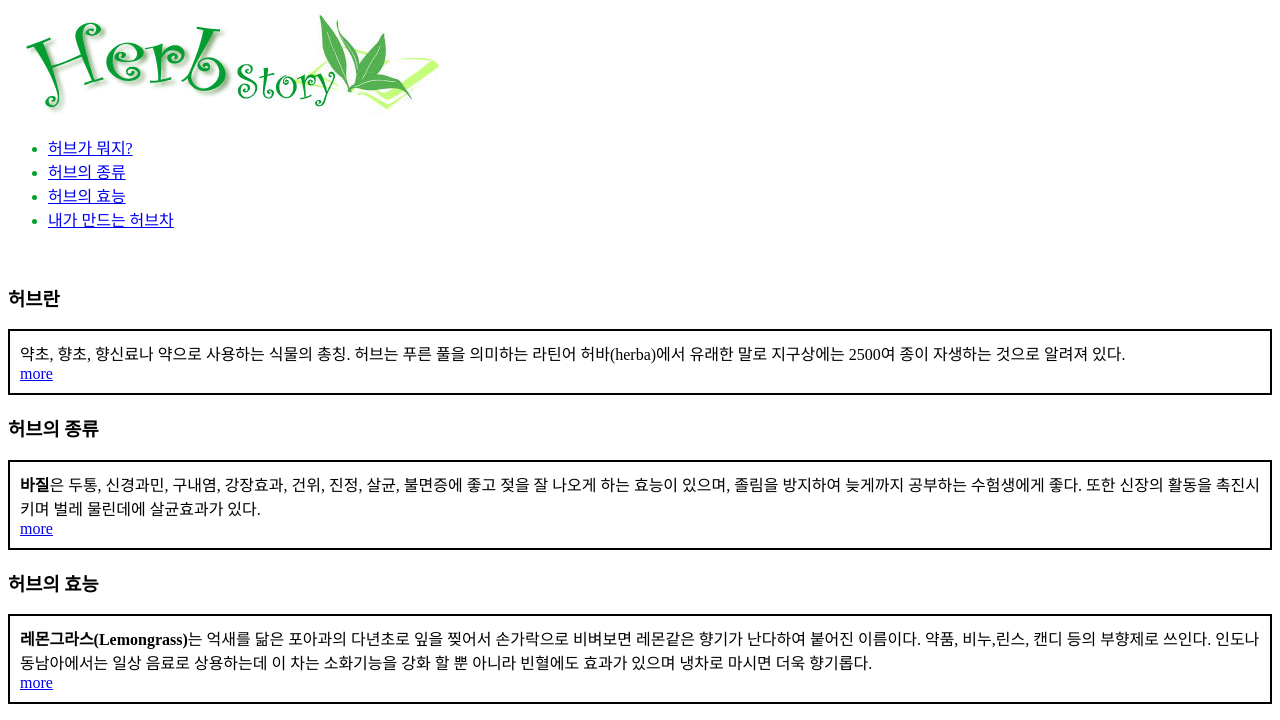
Repository: gus-123/Edu_KCC_HTML
Page: CSS/WebContent/menu.htm
The author's editor kept a copy of each file at every save. The page is drawn from the files as they stood at one save, then again after the next save.
The browser window is 1280 px wide. The pictures show the whole page.

Above is the page before, as saved 2024-07-09 06:30:35.

### CSS/WebContent/menu.htm
<!DOCTYPE HTML PUBLIC "-//W3C//DTD HTML 4.01//EN" "http://www.w3.org/TR/html4/strict.dtd">
<html>
<head>
<meta http-equiv="Content-Type" content="text/html; charset=UTF-8">
<title>Herb Story</title>
<style type="text/css">
ul {
	color: #00a22d;
}

.box {
	border: 2px solid;
	border-bottom-color: black;
}

p {
	padding: 10px;
}
</style>
</head>
<body>
	<a href="index_hor6.htm"><img src="images/herblogo.jpg" border="0"></a>
	<ul id="pipe">
		<li class="first"><a href="#">허브가 뭐지?</a></li>
		<li><a href="#">허브의 종류</a></li>
		<li><a href="#">허브의 효능</a></li>
		<li><a href="#">내가 만드는 허브차</a></li>
	</ul>
	<br>
	<h3>허브란</h3>
	<p class="box">
		약초, 향초, 향신료나 약으로 사용하는 식물의 총칭. 허브는 푸른 풀을 의미하는 라틴어 허바(herba)에서 유래한 말로
		지구상에는 2500여 종이 자생하는 것으로 알려져 있다.<br> <span class="more"><a
			href="#">more</a></span>
	</p>
	<h3>허브의 종류</h3>
	<p class="box">
		<strong>바질</strong>은 두통, 신경과민, 구내염, 강장효과, 건위, 진정, 살균, 불면증에 좋고 젖을 잘 나오게
		하는 효능이 있으며, 졸림을 방지하여 늦게까지 공부하는 수험생에게 좋다. 또한 신장의 활동을 촉진시키며 벌레 물린데에
		살균효과가 있다.<br> <span class="more"><a href="#">more</a></span>
	</p>
	<h3>허브의 효능</h3>
	<p class="box">
		<strong>레몬그라스(Lemongrass)</strong>는 억새를 닮은 포아과의 다년초로 잎을 찢어서 손가락으로 비벼보면
		레몬같은 향기가 난다하여 붙어진 이름이다. 약품, 비누,린스, 캔디 등의 부향제로 쓰인다. 인도나 동남아에서는 일상 음료로
		상용하는데 이 차는 소화기능을 강화 할 뿐 아니라 빈혈에도 효과가 있으며 냉차로 마시면 더욱 향기롭다.<br> <span
			class="more"><a href="#">more</a></span>
	</p>
</body>
</html>

After the next save:
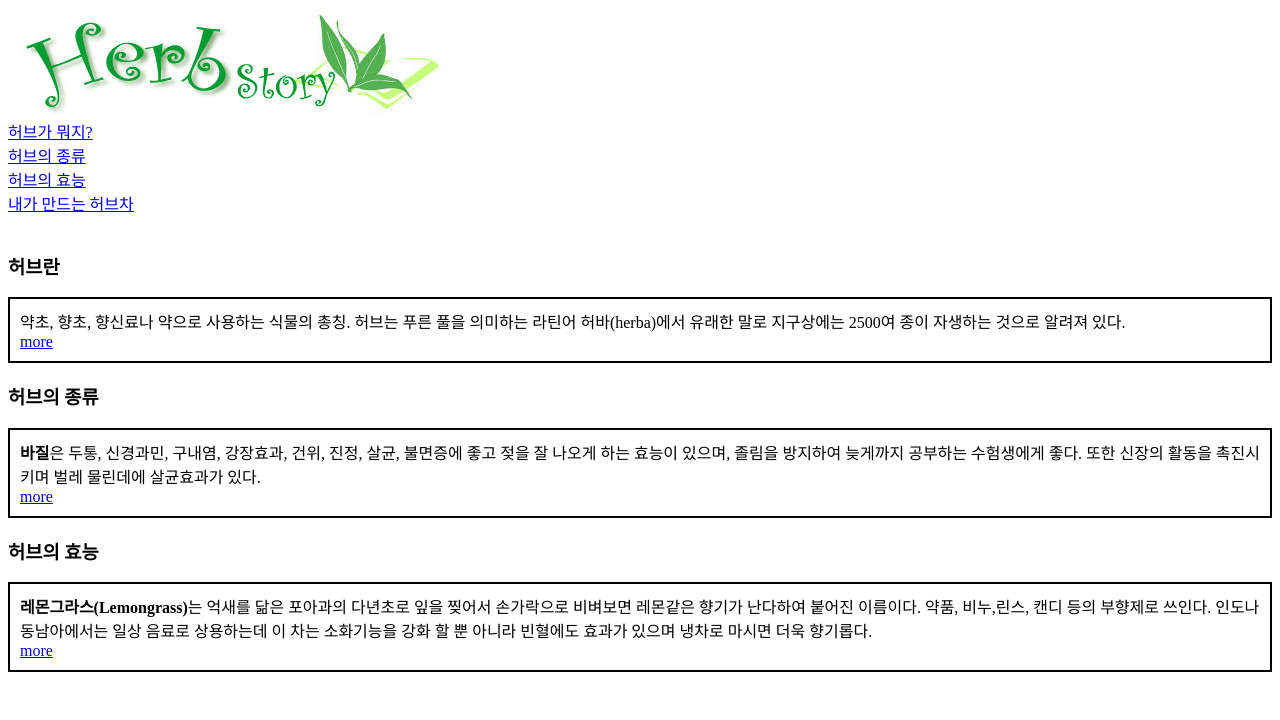
Saved 44 s later.
--- a/CSS/WebContent/menu.htm
+++ b/CSS/WebContent/menu.htm
@@ -6,6 +6,7 @@
 <style type="text/css">
 ul {
 	color: #00a22d;
+	display: inline;
 }
 
 .box {

After the save that followed:
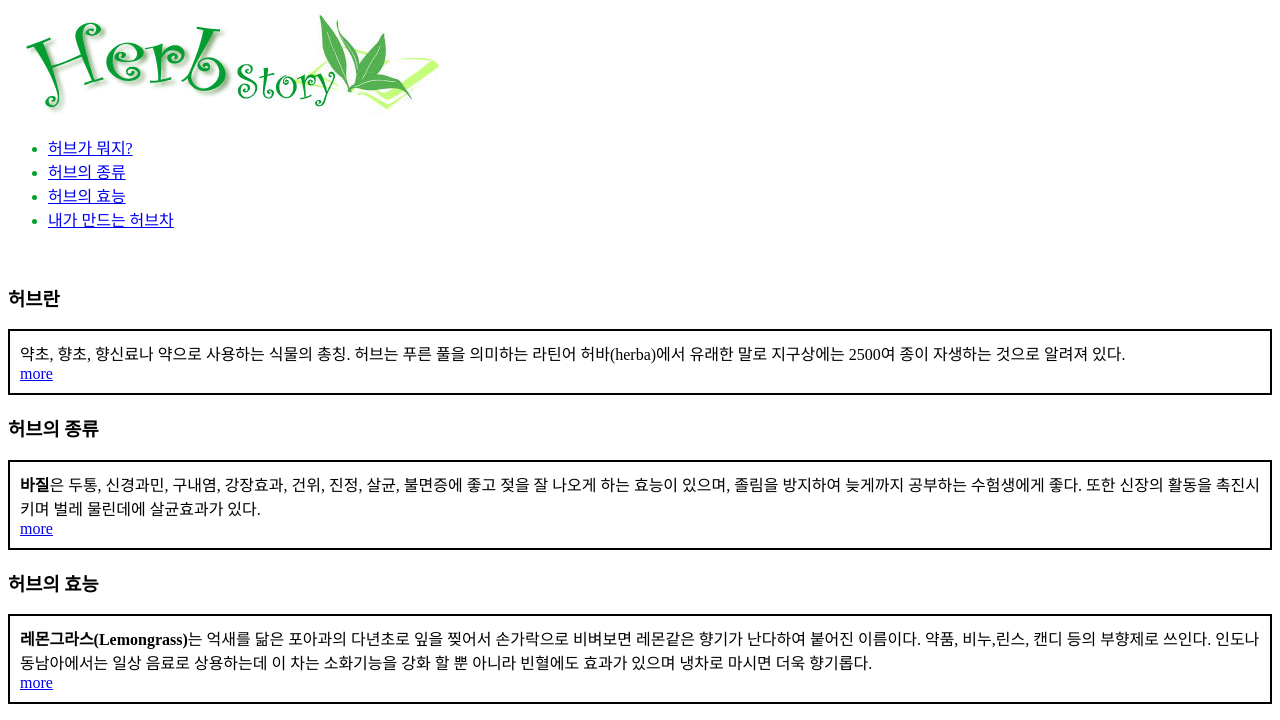
Saved 10 s later.
--- a/CSS/WebContent/menu.htm
+++ b/CSS/WebContent/menu.htm
@@ -6,7 +6,7 @@
 <style type="text/css">
 ul {
 	color: #00a22d;
-	display: inline;
+	display: block;
 }
 
 .box {
